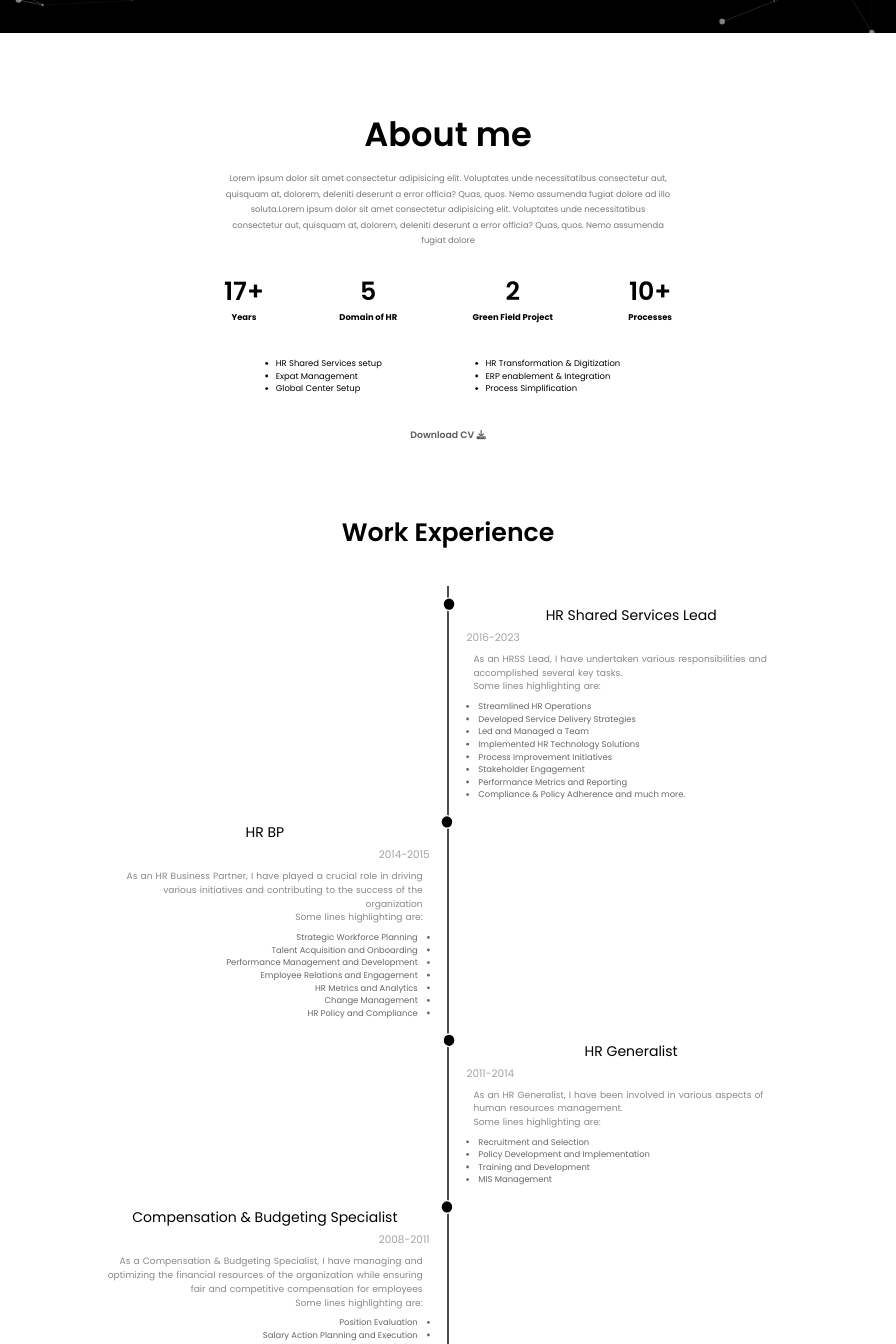
Repository: xoshiraghavx/Niharika-portfolio
Page: index.html
The author's editor kept a copy of each file at every save. The page is drawn from the files as they stood at one save, then again after the next save.
The browser window is 1280 px wide. The pictures show the part of the page from y = 673 to 2593 px (the page is 3920 px tall before and 3986 px after), at 70% of full size.
Some web libraries are served in a nearby version.

Above is the page before, as saved 2023-06-16 11:31:01.

After the next save:
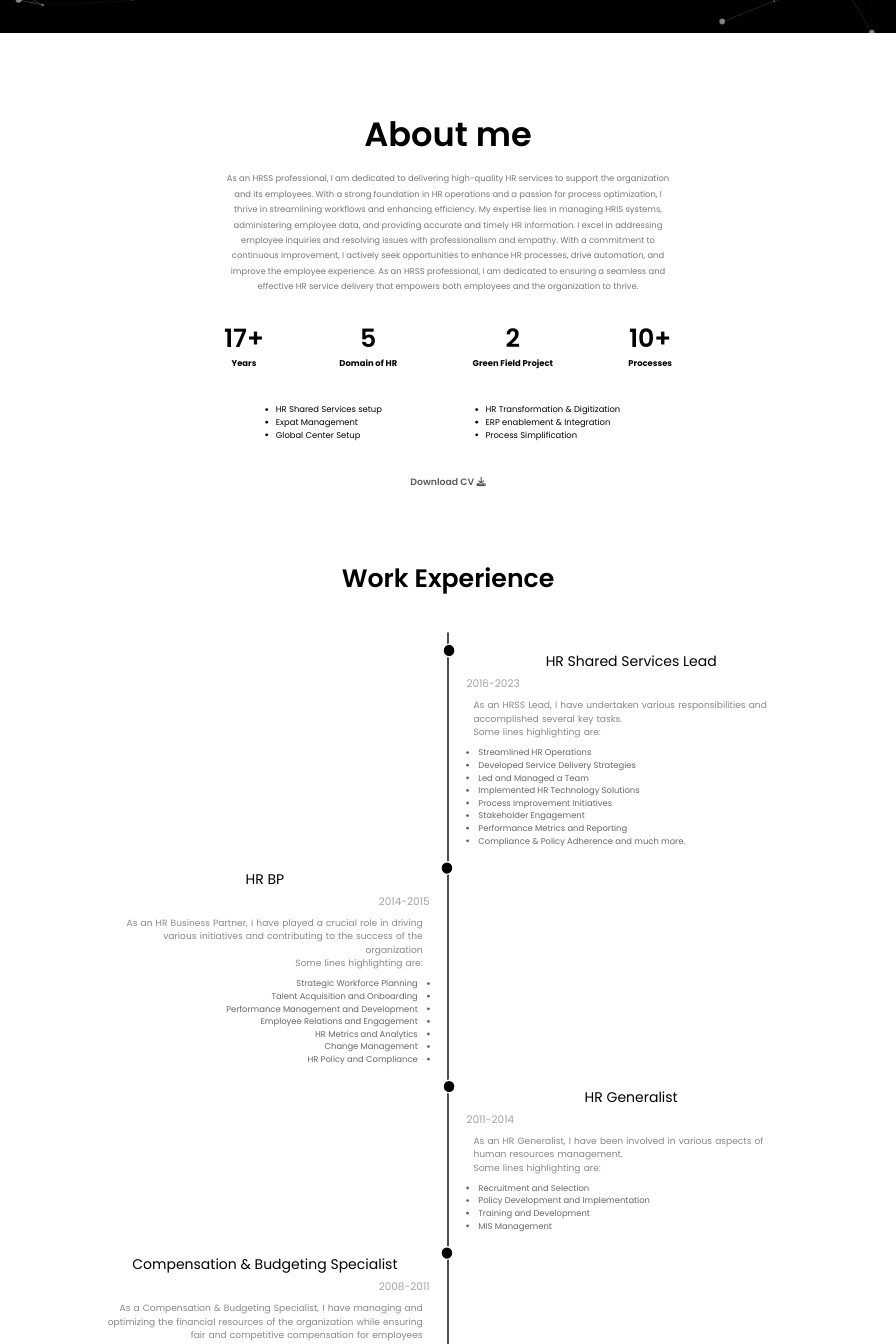
Saved 2 min 51 s later.
--- a/index.html
+++ b/index.html
@@ -61,7 +61,8 @@
     <div class="row1">
         <div class="about-col">
             <h1>About me</h1>
-            <p>Lorem ipsum dolor sit amet consectetur adipisicing elit. Voluptates unde necessitatibus consectetur aut, quisquam at, dolorem, deleniti deserunt a error officia? Quas, quos. Nemo assumenda fugiat dolore ad illo soluta.Lorem ipsum dolor sit amet consectetur adipisicing elit. Voluptates unde necessitatibus consectetur aut, quisquam at, dolorem, deleniti deserunt a error officia? Quas, quos. Nemo assumenda fugiat dolore</p>
+            <p>
+                As an HRSS professional, I am dedicated to delivering high-quality HR services to support the organization and its employees. With a strong foundation in HR operations and a passion for process optimization, I thrive in streamlining workflows and enhancing efficiency. My expertise lies in managing HRIS systems, administering employee data, and providing accurate and timely HR information. I excel in addressing employee inquiries and resolving issues with professionalism and empathy. With a commitment to continuous improvement, I actively seek opportunities to enhance HR processes, drive automation, and improve the employee experience. As an HRSS professional, I am dedicated to ensuring a seamless and effective HR service delivery that empowers both employees and the organization to thrive.</p>
         </div>
     </div>
     <div class="bar">
